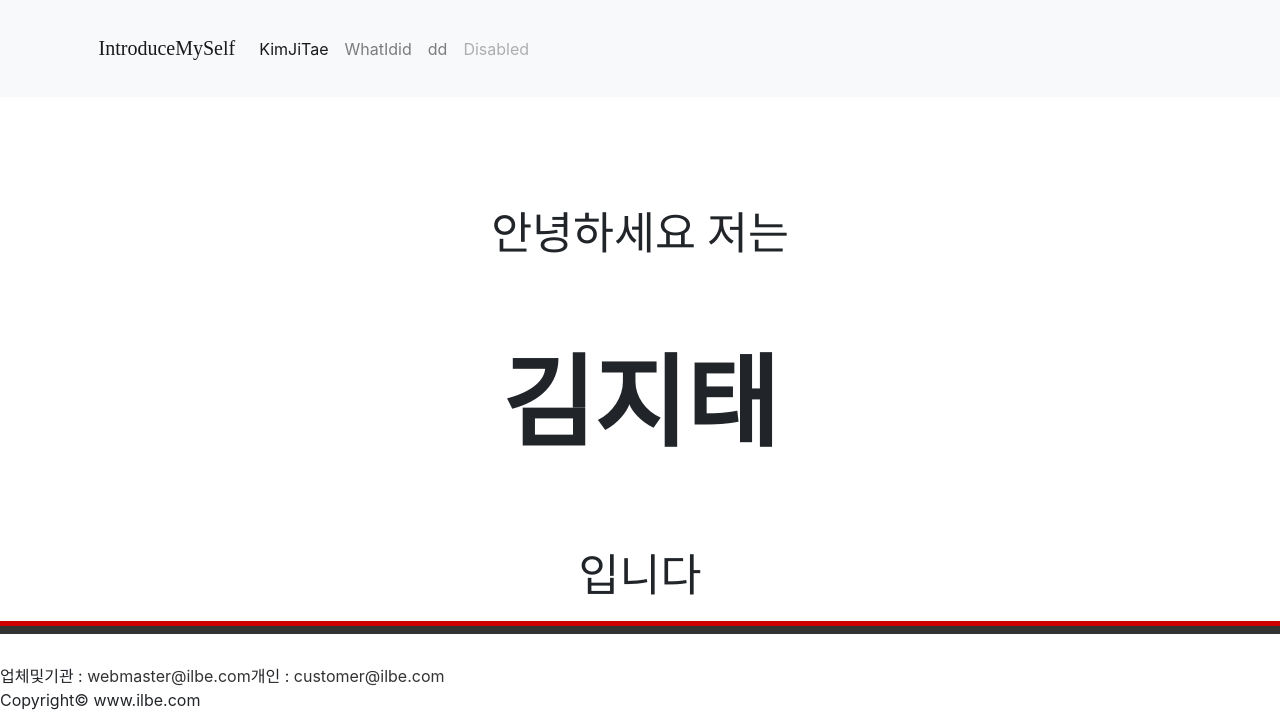
Repository: wlxo0401/IntroduveMySelf
Page: IntroduceMySelf/WebContent/Index.html
The author's editor kept a copy of each file at every save. The page is drawn from the files as they stood at one save, then again after the next save.
The browser window is 1280 px wide. The pictures show the whole page.

Above is the page before, as saved 2020-03-11 06:21:36.

After the next save:
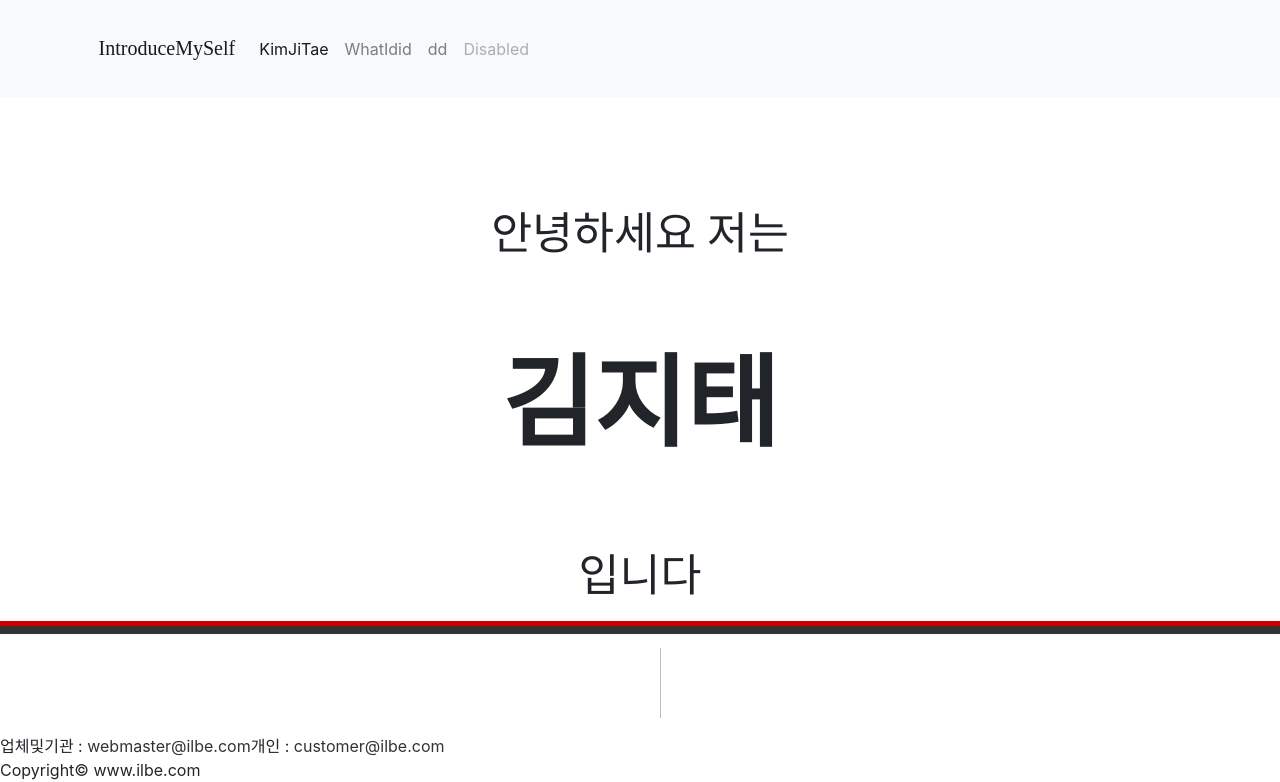
Saved 29 s later.
--- a/IntroduceMySelf/WebContent/style.css
+++ b/IntroduceMySelf/WebContent/style.css
@@ -81,3 +81,11 @@ a {
 ol, ul {
     list-style: none;
 }
+.footer-util li:after {
+    content: "";
+    display: inline-block;
+    width: 1px;
+    height: 10px;
+    background: #bebebe;
+    margin: 0 10px;
+}
